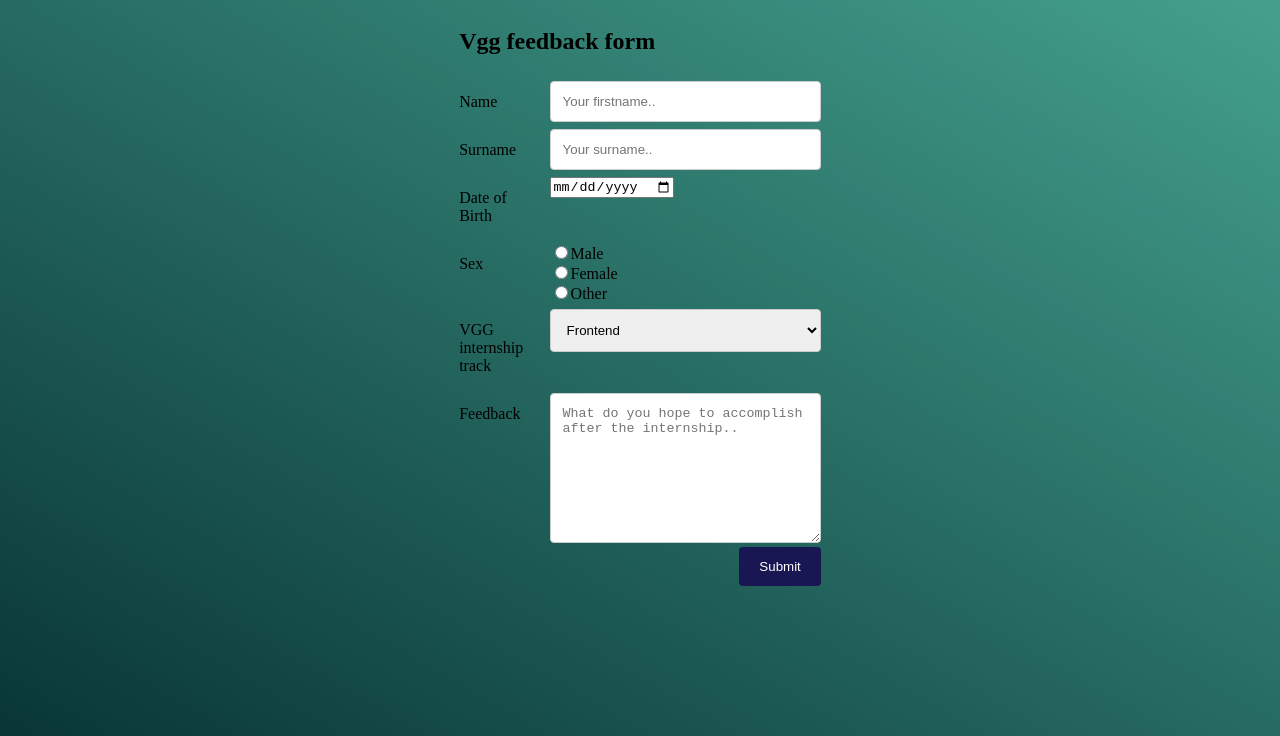
Repository: iphyokafor/VGG-Feedback-form
Page: index2.html
An editor plug-in stored every save of this project. The page is shown before and after the next save, followed by the edit.
The browser window is 1280 px wide. The pictures show the whole page.

Above is the page before, as saved 2020-01-13 00:33:12.

### index2.html
<!DOCTYPE html>
<html lang="en">

<head>
    <meta charset="UTF-8">
    <meta name="viewport" content="width=device-width, initial-scale=1.0">
    <meta http-equiv="X-UA-Compatible" content="ie=edge">
    <title>VGG feedback form</title>
    <link rel="stylesheet" href="./main.css">
</head>

<body>
    <div>
        <form action="action_page.php">
            <h2 class="heading">Vgg feedback form</h2>
            <div class="row">
                <div class="col-25">
                    <label for="name">Name</label>
                </div>
                <div class="col-75">
                    <input type="text" class="txtinput" id="name" name="name" placeholder="Your firstname..">
                </div>
            </div>
            <div class="row">
                <div class="col-25">
                    <label for="surname">Surname</label>
                </div>
                <div class="col-75">
                    <input type="text" class="txtinput" id="surname" name="surname" placeholder="Your surname..">
                </div>
            </div>
            <div class="row">
                <div class="col-25">
                    <label for="dob">Date of Birth</label>
                </div>
                <div class="col-75">
                    <input type="date" id="date" name="date">
                </div>
            </div>
            <div class="row">
                <div class="col-25">
                    <label for="sex">Sex</label>
                </div>
                <div class="col-75">
                    <input type="radio" name="gender">Male<br>
                    <input type="radio" name="gender">Female<br>
                    <input type="radio" name="gender">Other
                </div>
            </div>
            <div class="row">
                <div class="col-25">
                    <label for="VGG internship">VGG internship track</label>
                </div>
                <div class="col-75">
                    <select id="VGG internship" name="VGG">
            <option value="frontend">Frontend</option>
            <option value="backend">Backend</option>
            <option value="ui/ux">UI/UX</option>
            <option value="software">Software Quality Assurance</option>
            <option value="devops">DevOps</option>
          </select>
                </div>
            </div>
            <div class="row">
                <div class="col-25">
                    <label for="feedback">Feedback</label>
                </div>
                <div class="col-75">
                    <textarea id="feedback" name="feedback" placeholder="What do you hope to accomplish after the internship.." style="height:150px"></textarea>
                </div>
            </div>
            <div class="row">
                <input type="submit" class="btn" value="Submit">
            </div>
        </form>
    </div>

</body>

</html>

### main.css
/* Style inputs, select elements and textareas */

body {
    display: flex;
    justify-content: center;
    flex-wrap: wrap;
    background: linear-gradient(to right top, #093637, #44A08D);
    background-repeat: no-repeat;
    height: 100vh;
}

.txtinput,
select,
textarea {
    width: 100%;
    padding: 12px;
    border: 1px solid #ccc;
    border-radius: 4px;
    box-sizing: border-box;
    resize: vertical;
}


/* Style the label to display next to the inputs */

label {
    padding: 12px 12px 12px 0;
    display: inline-block;
}


/* Style the submit button */

.btn {
    background: linear-gradient(to right top, #191654, #191654);
    color: white;
    padding: 12px 20px;
    border: none;
    border-radius: 4px;
    cursor: pointer;
    float: right;
    transition: all 1s;
}

.btn:hover {
    transform: scale(1.1);
}


/* Style the container */

.container {
    border-radius: 5px;
    background-color: #f2f2f2;
    padding: 20px;
}


/* Floating column for labels: 25% width */

.col-25 {
    float: left;
    width: 25%;
    margin-top: 6px;
}


/* Floating column for inputs: 75% width */

.col-75 {
    float: left;
    width: 75%;
    margin-top: 6px;
}


/* Clear floats after the columns */

.row:after {
    content: "";
    display: table;
    clear: both;
}


/* Responsive layout - when the screen is less than 600px wide, make the two columns stack on top of each other instead of next to each other */

@media screen and (max-width: 600px) {
    .col-25,
    .col-75,
    input[type=submit] {
        width: 100%;
        margin-top: 0;
    }
}

After the next save:
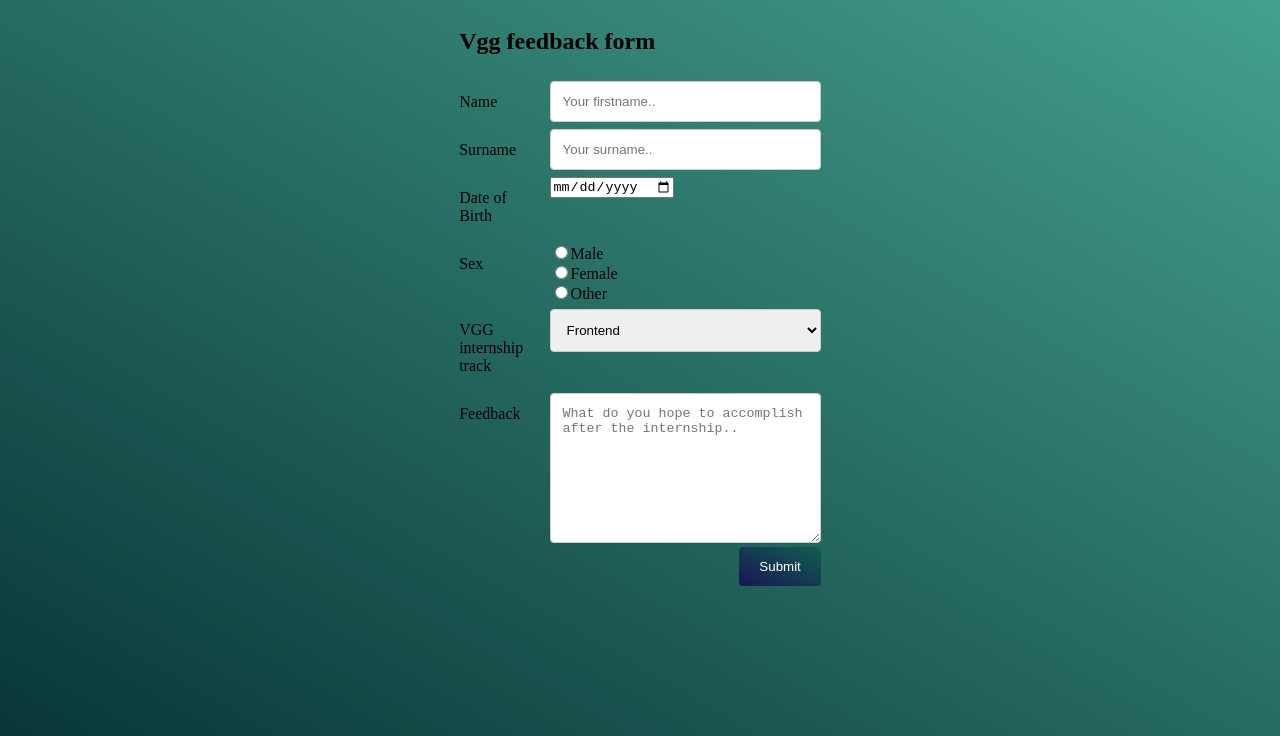
Saved 34 s later.
--- a/main.css
+++ b/main.css
@@ -32,7 +32,7 @@ label {
 /* Style the submit button */
 
 .btn {
-    background: linear-gradient(to right top, #191654, #191654);
+    background: linear-gradient(to right top, #191654, rgb(16, 95, 79));
     color: white;
     padding: 12px 20px;
     border: none;
